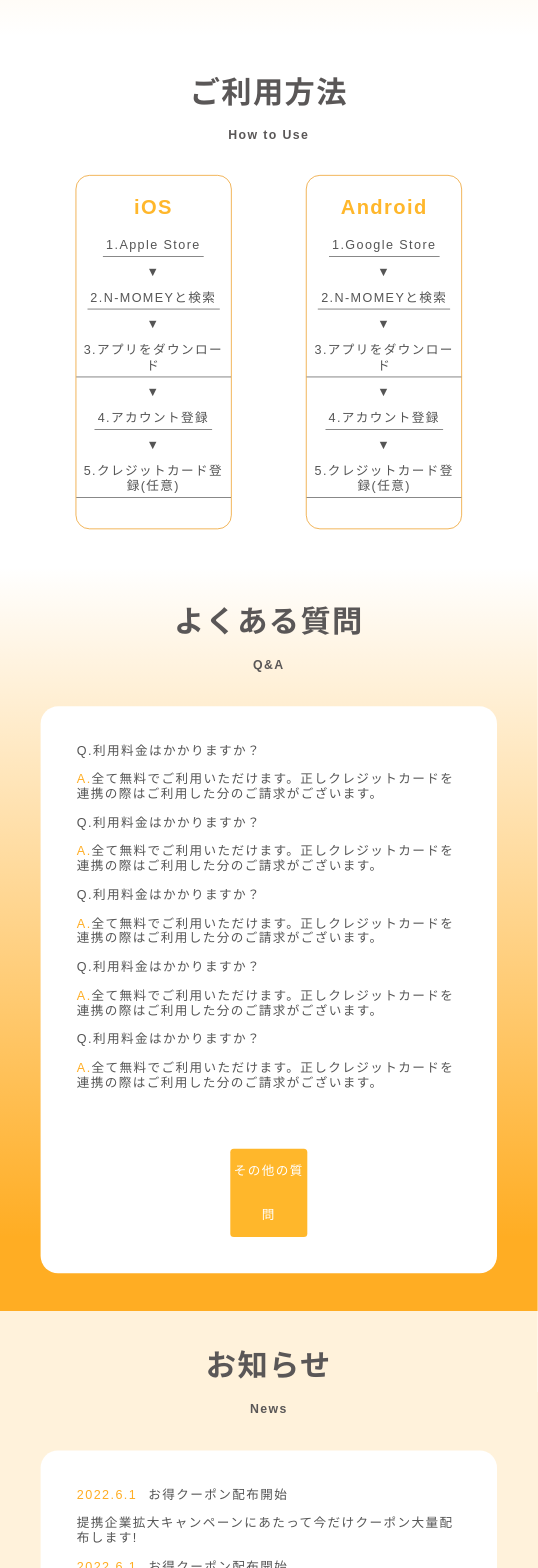
Repository: nozomi-23/lp2_test
Page: index.html
An editor plug-in stored every save of this project. The page is shown before and after the next save, followed by the edit.
The browser window is 768 px wide. The pictures show the part of the page from y = 2730 to 4970 px (the page is 6253 px tall before and 6759 px after), at 70% of full size.
Some web fonts or font styles are not loaded; a fallback is used.

Above is the page before, as saved 2022-06-19 14:59:30.

After the next save:
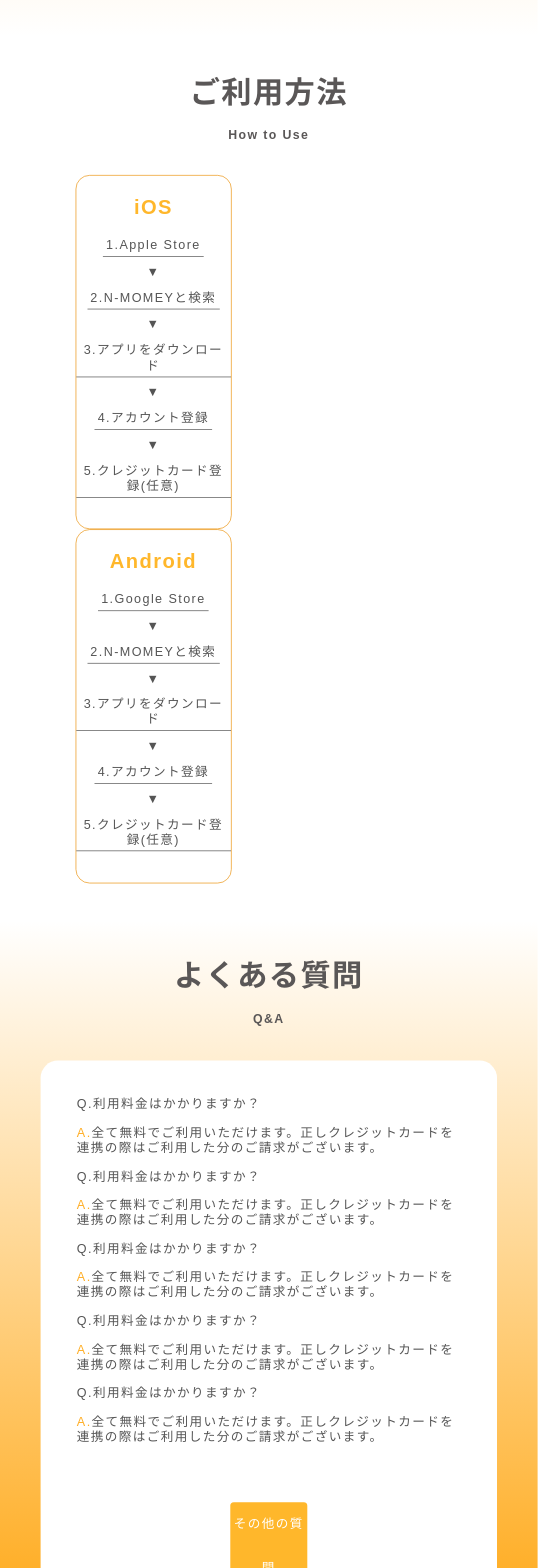
Saved 6 s later.
--- a/css/common.css
+++ b/css/common.css
@@ -405,5 +405,7 @@
     width: 55%;
     object-fit: cover;
   }
-  .how_wrapper
-}
+  .how_wrapper {
+    display: block;
+  }
+}
